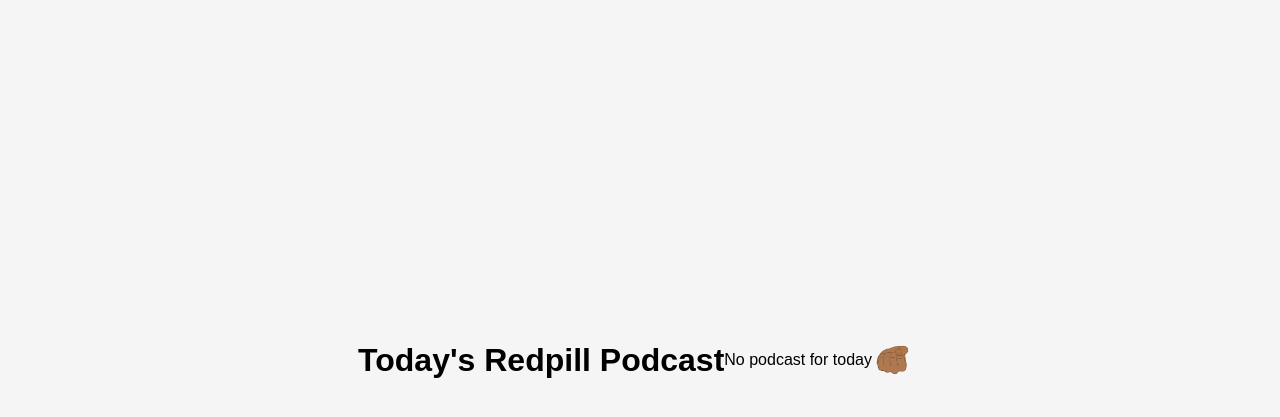
Repository: fechinmitchell/thedailyonepercent
Page: popup.html
These files come from the project's save history. The page is drawn as it stood at one moment and after the next save; the edit follows.
The browser window is 1280 px wide. The pictures show the whole page.

Above is the page before, as saved 2023-06-21 21:38:43.

### popup.html
<!DOCTYPE html>
<html>
<head>
  <link rel="stylesheet" type="text/css" href="popup.css">
</head>
<body>
  <h1>Today's Redpill Podcast</h1>
  <p id="podcast"></p>
  <img id="logo" src="icon.gif" alt="Redpill Logo">

  <script src="popup.js"></script>
</body>
</html>

### popup.css
body {
  background-color: #f5f5f5;
  font-family: Arial, sans-serif;
  display: flex;
  justify-content: center;
  align-items: center;
  height: 100vh;
  margin: 0;
}

#podcast-form {
  background-color: white;
  padding: 20px;
  border-radius: 8px;
  box-shadow: 0px 0px 10px rgba(0,0,0,0.1);
  width: 80%;
  max-width: 600px;
  margin: 0 auto;
}

#podcast-form label {
  display: block;
  margin-bottom: 10px;
}

#podcast-form input {
  width: 100%;
  padding: 10px;
  margin-bottom: 20px;
  border-radius: 4px;
  border: 1px solid #ccc;
}

#podcast-form button {
  background-color: #007BFF;
  color: white;
  border: none;
  border-radius: 4px;
  padding: 10px 20px;
  cursor: pointer;
}

#podcast-form button:hover {
  background-color: #0056b3;
}

#logo {
  width: 50px; /* Adjust this to change the size of the logo */
}

#podcast-list {
  margin-top: 20px;
}

#podcast-list-items li {
  margin-bottom: 10px;
}

.delete-btn {
  margin-left: 10px;
  color: red;
  cursor: pointer;
}

### popup.js
document.addEventListener('DOMContentLoaded', function() {
  var date = new Date();
  var dayOfMonth = date.getDate();
  var podcast = null;
  try {
    podcast = JSON.parse(localStorage.getItem(dayOfMonth));
  } catch (e) {
    console.error('Failed to parse podcast data', e);
  }

  var podcastElement = document.getElementById('podcast');
  if (podcast && podcast.name && podcast.link) {
    var link = document.createElement('a');
    link.href = podcast.link;
    link.target = "_blank";
    link.innerText = podcast.name;
    podcastElement.appendChild(link);
  } else {
    podcastElement.innerText = 'No podcast for today';
  }

  var clickCount = 0;
  document.getElementById('logo').addEventListener('click', function() {
    clickCount++;
    if (clickCount == 3) {
      window.open('form.html', '_blank');
      clickCount = 0;
    }
  });
});

After the next save:
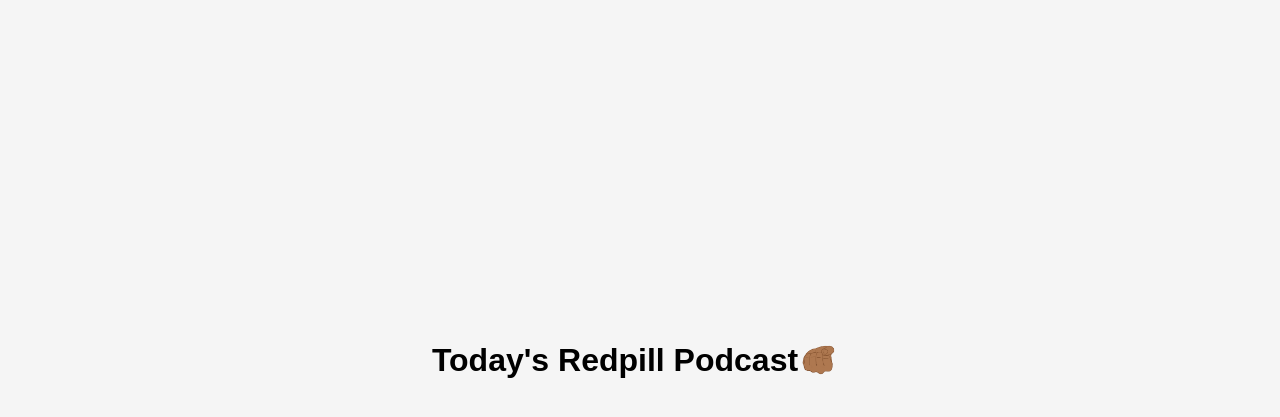
Console error: TypeError: Cannot read properties of null (reading 'addEventListener')
Saved 22 h 4 min later.
--- a/popup.js
+++ b/popup.js
@@ -1,30 +1,80 @@
+function loadPodcasts() {
+  var podcastList = document.getElementById('podcast-list-items');
+  podcastList.innerHTML = '';  // clear the list
+
+  // load all saved podcasts from local storage
+  for (var i = 0; i < localStorage.length; i++) {
+      var key = localStorage.key(i);
+      var podcast = JSON.parse(localStorage.getItem(key));
+
+      var li = document.createElement('li');
+      li.innerText = key + ': ' + podcast.name + ' (' + podcast.link + ')';
+
+      var deleteBtn = document.createElement('span');
+      deleteBtn.className = 'delete-btn';
+      deleteBtn.innerHTML = '&#10006;'; // X symbol
+      deleteBtn.addEventListener('click', deletePodcast.bind(null, key));
+
+      li.appendChild(deleteBtn);
+      podcastList.appendChild(li);
+  }
+}
+
+function deletePodcast(key) {
+  localStorage.removeItem(key);
+  loadPodcasts(); // Reload the podcast list to reflect the deletion
+}
+
+document.getElementById('submit').addEventListener('click', function() {
+  var password = document.getElementById('password').value;
+
+  if (password === 'your_password_here') {
+      var date = new Date(document.getElementById('date').value);
+      var dateString = date.toISOString().slice(0,10); // "YYYY-MM-DD"
+      var newPodcastName = document.getElementById('podcastName').value;
+      var newPodcastLink = document.getElementById('podcastLink').value;
+
+      // Use the date as the key instead of the current day of the month
+      localStorage.setItem(dateString, JSON.stringify({ name: newPodcastName, link: newPodcastLink }));
+      alert("Podcast info saved for " + dateString + "!");
+
+      // Reload the podcast list to include the new podcast
+      loadPodcasts();
+  } else {
+      alert("Invalid password!");
+  }
+});
+
+// Load the saved podcasts when the page is opened
+loadPodcasts();
+
 document.addEventListener('DOMContentLoaded', function() {
   var date = new Date();
-  var dayOfMonth = date.getDate();
+  var dateString = date.toISOString().slice(0,10); // "YYYY-MM-DD"
   var podcast = null;
   try {
-    podcast = JSON.parse(localStorage.getItem(dayOfMonth));
+      podcast = JSON.parse(localStorage.getItem(dateString));
   } catch (e) {
-    console.error('Failed to parse podcast data', e);
+      console.error('Failed to parse podcast data', e);
   }
 
   var podcastElement = document.getElementById('podcast');
   if (podcast && podcast.name && podcast.link) {
-    var link = document.createElement('a');
-    link.href = podcast.link;
-    link.target = "_blank";
-    link.innerText = podcast.name;
-    podcastElement.appendChild(link);
+      var link = document.createElement('a');
+      link.href = podcast.link;
+      link.target = "_blank";
+      link.innerText = podcast.name;
+      podcastElement.appendChild(link);
   } else {
-    podcastElement.innerText = 'No podcast for today';
+      podcastElement.innerText = 'No podcast for today';
   }
 
   var clickCount = 0;
   document.getElementById('logo').addEventListener('click', function() {
-    clickCount++;
-    if (clickCount == 3) {
-      window.open('form.html', '_blank');
-      clickCount = 0;
-    }
+      clickCount++;
+      if (clickCount == 3) {
+          window.open('form.html', '_blank');
+          clickCount = 0;
+      }
   });
 });

After the save that followed:
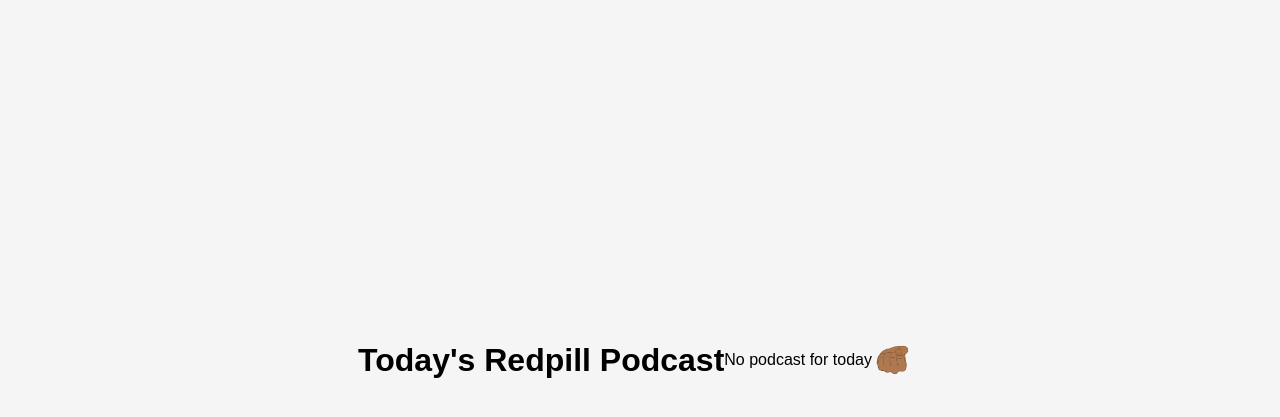
The error is gone.
Saved 3 min 8 s later.
--- a/popup.js
+++ b/popup.js
@@ -1,53 +1,3 @@
-function loadPodcasts() {
-  var podcastList = document.getElementById('podcast-list-items');
-  podcastList.innerHTML = '';  // clear the list
-
-  // load all saved podcasts from local storage
-  for (var i = 0; i < localStorage.length; i++) {
-      var key = localStorage.key(i);
-      var podcast = JSON.parse(localStorage.getItem(key));
-
-      var li = document.createElement('li');
-      li.innerText = key + ': ' + podcast.name + ' (' + podcast.link + ')';
-
-      var deleteBtn = document.createElement('span');
-      deleteBtn.className = 'delete-btn';
-      deleteBtn.innerHTML = '&#10006;'; // X symbol
-      deleteBtn.addEventListener('click', deletePodcast.bind(null, key));
-
-      li.appendChild(deleteBtn);
-      podcastList.appendChild(li);
-  }
-}
-
-function deletePodcast(key) {
-  localStorage.removeItem(key);
-  loadPodcasts(); // Reload the podcast list to reflect the deletion
-}
-
-document.getElementById('submit').addEventListener('click', function() {
-  var password = document.getElementById('password').value;
-
-  if (password === 'your_password_here') {
-      var date = new Date(document.getElementById('date').value);
-      var dateString = date.toISOString().slice(0,10); // "YYYY-MM-DD"
-      var newPodcastName = document.getElementById('podcastName').value;
-      var newPodcastLink = document.getElementById('podcastLink').value;
-
-      // Use the date as the key instead of the current day of the month
-      localStorage.setItem(dateString, JSON.stringify({ name: newPodcastName, link: newPodcastLink }));
-      alert("Podcast info saved for " + dateString + "!");
-
-      // Reload the podcast list to include the new podcast
-      loadPodcasts();
-  } else {
-      alert("Invalid password!");
-  }
-});
-
-// Load the saved podcasts when the page is opened
-loadPodcasts();
-
 document.addEventListener('DOMContentLoaded', function() {
   var date = new Date();
   var dateString = date.toISOString().slice(0,10); // "YYYY-MM-DD"
